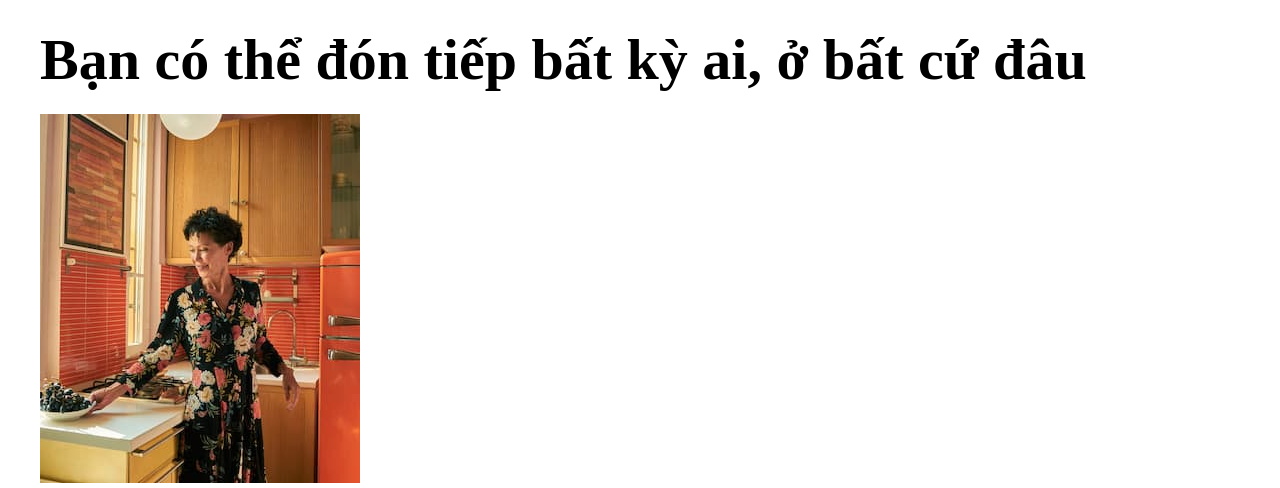
Repository: HoanTiny/AirbnbClone
Page: page3.html
An editor plug-in stored every save of this project. The page is shown before and after the next save, followed by the edit.
The browser window is 1280 px wide. The pictures show the part of the page from y = 720 to 1248 px (the page is 1208 px tall before and 1248 px after).

Above is the page before, as saved 2021-09-13 09:41:22.

### page3.html
<!DOCTYPE html>
<html lang="en">
    <head>
        <meta charset="UTF-8" />
        <meta http-equiv="X-UA-Compatible" content="IE=edge" />
        <meta name="viewport" content="width=device-width, initial-scale=1.0" />
        <link rel="stylesheet" href="./acess/css/mainpage3.css" />
        <link rel="stylesheet" href="./acess/css/gird.css" />
        <link rel="stylesheet" href="./acess/css/base.css" />
        <link rel="stylesheet" href="./acess/css/reponsive.css" />
        <link
            rel="stylesheet"
            href="./acess/font/fontawesome-free-5.15.3-web/css/all.min.css"
        />
        <title>Cho thuê nhà</title>
    </head>
    <body>
        <div class="app-p3">
            <div class="banner">
                <div class="banner__left">
                    <div class="banner__left-img">
                        <svg
                            width="30"
                            height="32"
                            fill="currentcolor"
                            color="#fff"
                            style="display: block"
                        >
                            <path
                                d="M29.24 22.68c-.16-.39-.31-.8-.47-1.15l-.74-1.67-.03-.03c-2.2-4.8-4.55-9.68-7.04-14.48l-.1-.2c-.25-.47-.5-.99-.76-1.47-.32-.57-.63-1.18-1.14-1.76a5.3 5.3 0 00-8.2 0c-.47.58-.82 1.19-1.14 1.76-.25.52-.5 1.03-.76 1.5l-.1.2c-2.45 4.8-4.84 9.68-7.04 14.48l-.06.06c-.22.52-.48 1.06-.73 1.64-.16.35-.32.73-.48 1.15a6.8 6.8 0 007.2 9.23 8.38 8.38 0 003.18-1.1c1.3-.73 2.55-1.79 3.95-3.32 1.4 1.53 2.68 2.59 3.95 3.33A8.38 8.38 0 0022.75 32a6.79 6.79 0 006.75-5.83 5.94 5.94 0 00-.26-3.5zm-14.36 1.66c-1.72-2.2-2.84-4.22-3.22-5.95a5.2 5.2 0 01-.1-1.96c.07-.51.26-.96.52-1.34.6-.87 1.65-1.41 2.8-1.41a3.3 3.3 0 012.8 1.4c.26.4.45.84.51 1.35.1.58.06 1.25-.1 1.96-.38 1.7-1.5 3.74-3.21 5.95zm12.74 1.48a4.76 4.76 0 01-2.9 3.75c-.76.32-1.6.41-2.42.32-.8-.1-1.6-.36-2.42-.84a15.64 15.64 0 01-3.63-3.1c2.1-2.6 3.37-4.97 3.85-7.08.23-1 .26-1.9.16-2.73a5.53 5.53 0 00-.86-2.2 5.36 5.36 0 00-4.49-2.28c-1.85 0-3.5.86-4.5 2.27a5.18 5.18 0 00-.85 2.21c-.13.84-.1 1.77.16 2.73.48 2.11 1.78 4.51 3.85 7.1a14.33 14.33 0 01-3.63 3.12c-.83.48-1.62.73-2.42.83a4.76 4.76 0 01-5.32-4.07c-.1-.8-.03-1.6.29-2.5.1-.32.25-.64.41-1.02.22-.52.48-1.06.73-1.6l.04-.07c2.16-4.77 4.52-9.64 6.97-14.41l.1-.2c.25-.48.5-.99.76-1.47.26-.51.54-1 .9-1.4a3.32 3.32 0 015.09 0c.35.4.64.89.9 1.4.25.48.5 1 .76 1.47l.1.2c2.44 4.77 4.8 9.64 7 14.41l.03.03c.26.52.48 1.1.73 1.6.16.39.32.7.42 1.03.19.9.29 1.7.19 2.5z"
                            ></path>
                        </svg>
                    </div>
                    <div class="banner__left-conttent">
                        <h1 class="banner__left-heading">
                            Đón tiếp khách làm nên linh hồn của Airbnb
                        </h1>
                        <button class="banner__left-btn">
                            Thử đón tiếp khách
                        </button>
                    </div>
                    <i class="fas fa-chevron-down banner__left-icon"></i>
                </div>
                <div class="banner-right">
                    <video
                        id="video"
                        src="./acess/img/Cho thuê nhà trên Airbnb.webm"
                        class="banner__right-video"
                        autoplay
                        crossorigin="anonymous"
                        playsinline
                        preload="auto"
                        aria-label="Chelsea, Chủ nhà ở Philadelphia, mỉm cười khi mở cửa. Soraya, Chủ nhà ở Mumbai, mỉm cười khi mở cửa trước cùng một người khác ở bên cạnh. Mohamed, Chủ nhà ở Johannesburg, mỉm cười khi mở cửa. Maria, Chủ nhà ở Mexico City, gật đầu mỉm cười khi mang cây đi."
                    ></video>
                </div>
            </div>
            <div class="content">
                <div class="content__heading">
                    <div class="grid wide">
                        <h2 class="content__heading-top">
                            Bạn có thể đón tiếp bất kỳ ai, ở bất cứ đâu
                        </h2>
                    </div>
                    <div class="grid wide">
                        <div class="row content__home">
                            <div class="col l-4">
                                <img src="./acess/img/home-p3.jpg" class="img content__home-img"></img>
                            </div>
                        </div>
                    </div>
                </div>
            </div>
        </div>
        <script>
            var videoPlayer = document.getElementById("video");
            // Auto play, half volume.
            videoPlayer.play();
            videoPlayer.volume = 0.5;

            // Play / pause.
            videoPlayer.addEventListener("click", function () {
                if (videoPlayer.paused == false) {
                    videoPlayer.pause();
                    videoPlayer.firstChild.nodeValue = "Play";
                } else {
                    videoPlayer.play();
                    videoPlayer.firstChild.nodeValue = "Pause";
                }
            });
        </script>
    </body>
</html>

### acess/css/mainpage3.css
body {
    margin: 0;
}

.banner {
    height: 100vh;
    display: flex;
    justify-content: center;
}
.banner__left {
    width: 50%;
    background-color: #000;
    position: relative;
}
.banner__left-img {
    padding: 24px;
}
.banner__left-conttent {
    display: flex;
    flex-direction: column;
    align-items: center;
    justify-content: center;
    position: absolute;
    top: 50%;
    left: 50%;
    transform: translate(-50%, -50%);
    width: fit-content;
}
.banner__left-heading {
    color: #fff;
    text-align: center;
    font-size: 6.8rem;
    line-height: 7rem;
    padding: 12px 24px;
    font-weight: 500;
}
.banner__left-btn {
    padding: 18px 32px;
    font-size: 1.8rem;
    border-radius: 12px;
    background-image: linear-gradient(
        to right,
        rgb(229, 29, 80),
        rgb(220, 14, 100)
    );
    color: var(--white-color);
    border: none;
    cursor: pointer;
}

.banner__left-icon {
    color: var(--white-color);
    position: absolute;
    bottom: 32px;
    font-size: 1.5rem;
    left: 50%;
    padding: 12px;
    margin-left: -12px;
    border-radius: 50%;
    cursor: pointer;
}

.banner__left-icon:hover {
    background-color: #999;
}

.banner-right {
    width: 50%;
}

.banner__right-video {
    object-fit: cover;
    object-position: center top;
    width: 100%;
    height: 100%;
}

.content__heading-top {
    margin-top: 48px;
    font-size: 5.8rem;
}

### acess/css/gird.css
.grid {
    width: 100%;
    display: block;
    padding: 0;
}

.grid.wide {
    max-width: 1200px;
    margin: 0 auto;
}

.row {
    display: flex;
    flex-wrap: wrap;
    margin-left: -8px;
    margin-right: -8px;
}

.row.no-gutters {
    margin-left: 0;
    margin-right: 0;
}

.col {
    padding-left: 12px;
    padding-right: 12px;
}

.row.no-gutters .col {
    padding-left: 0;
    padding-right: 0;
}

.c-0 {
    display: none;
}

.c-1 {
    flex: 0 0 8.33333%;
    max-width: 8.33333%;
}

.c-2 {
    flex: 0 0 16.66667%;
    max-width: 16.66667%;
}

.c-3 {
    flex: 0 0 25%;
    max-width: 25%;
}

.c-4 {
    flex: 0 0 33.33333%;
    max-width: 33.33333%;
}

.c-5 {
    flex: 0 0 41.66667%;
    max-width: 41.66667%;
}

.c-6 {
    flex: 0 0 50%;
    max-width: 50%;
}

.c-7 {
    flex: 0 0 58.33333%;
    max-width: 58.33333%;
}

.c-8 {
    flex: 0 0 66.66667%;
    max-width: 66.66667%;
}

.c-9 {
    flex: 0 0 75%;
    max-width: 75%;
}

.c-10 {
    flex: 0 0 83.33333%;
    max-width: 83.33333%;
}

.c-11 {
    flex: 0 0 91.66667%;
    max-width: 91.66667%;
}

.c-12 {
    flex: 0 0 100%;
    max-width: 100%;
}

.c-o-1 {
    margin-left: 8.33333%;
}

.c-o-2 {
    margin-left: 16.66667%;
}

.c-o-3 {
    margin-left: 25%;
}

.c-o-4 {
    margin-left: 33.33333%;
}

.c-o-5 {
    margin-left: 41.66667%;
}

.c-o-6 {
    margin-left: 50%;
}

.c-o-7 {
    margin-left: 58.33333%;
}

.c-o-8 {
    margin-left: 66.66667%;
}

.c-o-9 {
    margin-left: 75%;
}

.c-o-10 {
    margin-left: 83.33333%;
}

.c-o-11 {
    margin-left: 91.66667%;
}

/* >= Tablet */
@media (min-width: 740px) {
    .row {
        margin-left: -4px;
        margin-right: -4px;
    }

    .col {
        padding-left: 4px;
        padding-right: 4px;
    }

    .m-0 {
        display: none;
    }

    .m-1,
    .m-2,
    .m-3,
    .m-4,
    .m-5,
    .m-6,
    .m-7,
    .m-8,
    .m-9,
    .m-10,
    .m-11,
    .m-12 {
        display: block;
    }

    .m-1 {
        flex: 0 0 8.33333%;
        max-width: 8.33333%;
    }

    .m-2 {
        flex: 0 0 16.66667%;
        max-width: 16.66667%;
    }

    .m-3 {
        flex: 0 0 25%;
        max-width: 25%;
    }

    .m-4 {
        flex: 0 0 33.33333%;
        max-width: 33.33333%;
    }

    .m-5 {
        flex: 0 0 41.66667%;
        max-width: 41.66667%;
    }

    .m-6 {
        flex: 0 0 50%;
        max-width: 50%;
    }

    .m-7 {
        flex: 0 0 58.33333%;
        max-width: 58.33333%;
    }

    .m-8 {
        flex: 0 0 66.66667%;
        max-width: 66.66667%;
    }

    .m-9 {
        flex: 0 0 75%;
        max-width: 75%;
    }

    .m-10 {
        flex: 0 0 83.33333%;
        max-width: 83.33333%;
    }

    .m-11 {
        flex: 0 0 91.66667%;
        max-width: 91.66667%;
    }

    .m-12 {
        flex: 0 0 100%;
        max-width: 100%;
    }

    .m-o-1 {
        margin-left: 8.33333%;
    }

    .m-o-2 {
        margin-left: 16.66667%;
    }

    .m-o-3 {
        margin-left: 25%;
    }

    .m-o-4 {
        margin-left: 33.33333%;
    }

    .m-o-5 {
        margin-left: 41.66667%;
    }

    .m-o-6 {
        margin-left: 50%;
    }

    .m-o-7 {
        margin-left: 58.33333%;
    }

    .m-o-8 {
        margin-left: 66.66667%;
    }

    .m-o-9 {
        margin-left: 75%;
    }

    .m-o-10 {
        margin-left: 83.33333%;
    }

    .m-o-11 {
        margin-left: 91.66667%;
    }
}

/* PC medium resolution > */
@media (min-width: 1113px) {
    .row {
        margin-left: -12px;
        margin-right: -12px;
    }

    .row.sm-gutter {
        margin-left: -5px;
        margin-right: -5px;
    }

    .col {
        padding-left: 12px;
        padding-right: 12px;
    }

    .row.sm-gutter .col {
        padding-left: 5px;
        padding-right: 5px;
    }

    .l-0 {
        display: none;
    }

    .l-1,
    .l-2,
    .l-2-4,
    .l-3,
    .l-4,
    .l-5,
    .l-6,
    .l-7,
    .l-8,
    .l-9,
    .l-10,
    .l-11,
    .l-12 {
        display: block;
    }

    .l-1 {
        flex: 0 0 8.33333%;
        max-width: 8.33333%;
    }

    .l-2 {
        flex: 0 0 16.66667%;
        max-width: 16.66667%;
    }

    .l-2-4 {
        flex: 0 0 20%;
        max-width: 20%;
    }

    .l-3 {
        flex: 0 0 25%;
        max-width: 25%;
    }

    .l-4 {
        flex: 0 0 33.33333%;
        max-width: 33.33333%;
    }

    .l-5 {
        flex: 0 0 41.66667%;
        max-width: 41.66667%;
    }

    .l-6 {
        flex: 0 0 50%;
        max-width: 50%;
    }

    .l-7 {
        flex: 0 0 58.33333%;
        max-width: 58.33333%;
    }

    .l-8 {
        flex: 0 0 66.66667%;
        max-width: 66.66667%;
    }

    .l-9 {
        flex: 0 0 75%;
        max-width: 75%;
    }

    .l-10 {
        flex: 0 0 83.33333%;
        max-width: 83.33333%;
    }

    .l-11 {
        flex: 0 0 91.66667%;
        max-width: 91.66667%;
    }

    .l-12 {
        flex: 0 0 100%;
        max-width: 100%;
    }

    .l-o-1 {
        margin-left: 8.33333%;
    }

    .l-o-2 {
        margin-left: 16.66667%;
    }

    .l-o-3 {
        margin-left: 25%;
    }

    .l-o-4 {
        margin-left: 33.33333%;
    }

    .l-o-5 {
        margin-left: 41.66667%;
    }

    .l-o-6 {
        margin-left: 50%;
    }

    .l-o-7 {
        margin-left: 58.33333%;
    }

    .l-o-8 {
        margin-left: 66.66667%;
    }

    .l-o-9 {
        margin-left: 75%;
    }

    .l-o-10 {
        margin-left: 83.33333%;
    }

    .l-o-11 {
        margin-left: 91.66667%;
    }
}

/* Tablet - PC low resolution */
@media (min-width: 740px) and (max-width: 1023px) {
    .wide {
        width: 644px;
    }
}

/* > PC low resolution */
@media (min-width: 1024px) and (max-width: 1239px) {
    .wide {
        width: 984px;
    }

    .wide .row {
        margin-left: -12px;
        margin-right: -12px;
    }

    .wide .row.sm-gutter {
        margin-left: -5px;
        margin-right: -5px;
    }

    .wide .col {
        padding-left: 12px;
        padding-right: 12px;
    }

    .wide .row.sm-gutter .col {
        padding-left: 5px;
        padding-right: 5px;
    }

    .wide .l-0 {
        display: none;
    }

    .wide .l-1,
    .wide .l-2,
    .wide .l-2-4,
    .wide .l-3,
    .wide .l-4,
    .wide .l-5,
    .wide .l-6,
    .wide .l-7,
    .wide .l-8,
    .wide .l-9,
    .wide .l-10,
    .wide .l-11,
    .wide .l-12 {
        display: block;
    }

    .wide .l-1 {
        flex: 0 0 8.33333%;
        max-width: 8.33333%;
    }

    .wide .l-2 {
        flex: 0 0 16.66667%;
        max-width: 16.66667%;
    }

    .wide .l-2-4 {
        flex: 0 0 20%;
        max-width: 20%;
    }

    .wide .l-3 {
        flex: 0 0 25%;
        max-width: 25%;
    }

    .wide .l-4 {
        flex: 0 0 33.33333%;
        max-width: 33.33333%;
    }

    .wide .l-5 {
        flex: 0 0 41.66667%;
        max-width: 41.66667%;
    }

    .wide .l-6 {
        flex: 0 0 50%;
        max-width: 50%;
    }

    .wide .l-7 {
        flex: 0 0 58.33333%;
        max-width: 58.33333%;
    }

    .wide .l-8 {
        flex: 0 0 66.66667%;
        max-width: 66.66667%;
    }

    .wide .l-9 {
        flex: 0 0 75%;
        max-width: 75%;
    }

    .wide .l-10 {
        flex: 0 0 83.33333%;
        max-width: 83.33333%;
    }

    .wide .l-11 {
        flex: 0 0 91.66667%;
        max-width: 91.66667%;
    }

    .wide .l-12 {
        flex: 0 0 100%;
        max-width: 100%;
    }

    .wide .l-o-1 {
        margin-left: 8.33333%;
    }

    .wide .l-o-2 {
        margin-left: 16.66667%;
    }

    .wide .l-o-3 {
        margin-left: 25%;
    }

    .wide .l-o-4 {
        margin-left: 33.33333%;
    }

    .wide .l-o-5 {
        margin-left: 41.66667%;
    }

    .wide .l-o-6 {
        margin-left: 50%;
    }

    .wide .l-o-7 {
        margin-left: 58.33333%;
    }

    .wide .l-o-8 {
        margin-left: 66.66667%;
    }

    .wide .l-o-9 {
        margin-left: 75%;
    }

    .wide .l-o-10 {
        margin-left: 83.33333%;
    }

    .wide .l-o-11 {
        margin-left: 91.66667%;
    }
}

### acess/css/base.css
:root {
    --white-color:#fff;
    --black-color: #000;
    --text-color: #333;
}

* {
    box-sizing: inherit;
}

html {
    /* font-family: Circular, -apple-system, BlinkMacSystemFont, Roboto, "Helvetica Neue", sans-serif; */
    font-family: 'Font Awesome 5 Free';
    box-sizing: border-box;
    font-size: 62.5%;
    line-height: 1.8rem;
}

### acess/css/reponsive.css
@media (min-width: 723px) and (max-width: 1023px) {
    .hold-on-mobile-tablet {
        display: none;
    }
    .background {
        background-position: unset;
    }

    .header__nav-list-tablet {
        display: flex;
    }

    .search {
        margin: 0;
    }

    .search__item:first-of-type {
        padding-left: 32px;
    }

    .search__item {
        margin: 0;
        padding: 12px;
    }

    .home__product-tablet {
        height: 140px;
        overflow: hidden;
        display: -webkit-box;
        -webkit-line-clamp: 2;
    }

    .home__category-tablet {
        display: flex;
        max-width: 100%;
        overflow-x: auto;
        flex-wrap: nowrap;
    }

    .home__category-tablet::-webkit-scrollbar {
        display: none;
    }

    .home__category-item-tablet {
        width: 33.3333%;
        flex-shrink: 0;
    }

    .footer-end {
        flex-direction: column-reverse;
    }

    .footer__end-social-list{
        display: flex;
        justify-content: center;
    }

    .footer__end-copyright-list{
        flex-wrap: wrap;
        justify-content: center;
    }

    .footer__end-copyright__item:first-of-type {
        width: 100%;
        text-align: center;
        margin-bottom: 4px;
    }

    .header__nav-scrollba-btn {
        margin-left: auto;
    }

}

@media (max-width: 723px)
{
    .hold-on-mobile {
        display: none;
    }

    .search {
        display: none;
    }
    .header__nav {
        display: none;
    }

    .header__mobile{
        display: flex;
    }

    .footer {
        text-align: center;
    }

    .home__category-tablet {
        display: flex;
        max-width: 100%;
        overflow-x: auto;
        flex-wrap: nowrap;
    }

    .home__category-tablet::-webkit-scrollbar {
        display: none;
    }

    .home__category-item-tablet {
        width: 33.3333%;
        flex-shrink: 0;
    }

    #header__nav-scrollbar {
        display: none;
    }

    .header__mobile {
        position: fixed;
        top: 0px;
        left: 0;
        right: 0;
        z-index: 12;
        align-items: center;
    }

    .header__mobile-btn {
        border: none;
        background-color: rgb(247, 247, 247);
        box-shadow: none;
        top: 20;
    }

    .web__content-heading {
        font-size: 2.2rem;
        line-height: 2.6rem;
    }

    .home__category-next {
        display: none;
    }

    .home__category-return--active {
        display: none;
    }

    .home__experience-mobile {
        display: flex;
        max-width: 100%;
        overflow-x: auto;
        flex-wrap: nowrap;
    }

    .home__experience-mobile::-webkit-scrollbar {
        display: none;
    }

    .home__experience-mobile-item {
        width: 75%;
        flex-shrink: 0;
    }

    path {
        display: none;
    }
    .search-where {
        display: block;
        position: revert;
    }

    .search-where-icon {
        display: none;
    }

    /* Page 2 */

    .home-place__item-img {
        height: 345px;
    }

    .menu-list__item {
        border: none;
    }

    .header-page2 {
        border-bottom: none;
    }

    .header__mobile-page2 {
        display: block;
    }

    .home-place {
        margin-top: 115px;
    }

}

Loaded but not shown: acess/font/fontawesome-free-5.15.3-web/css/all.min.css (library)

After the next save:
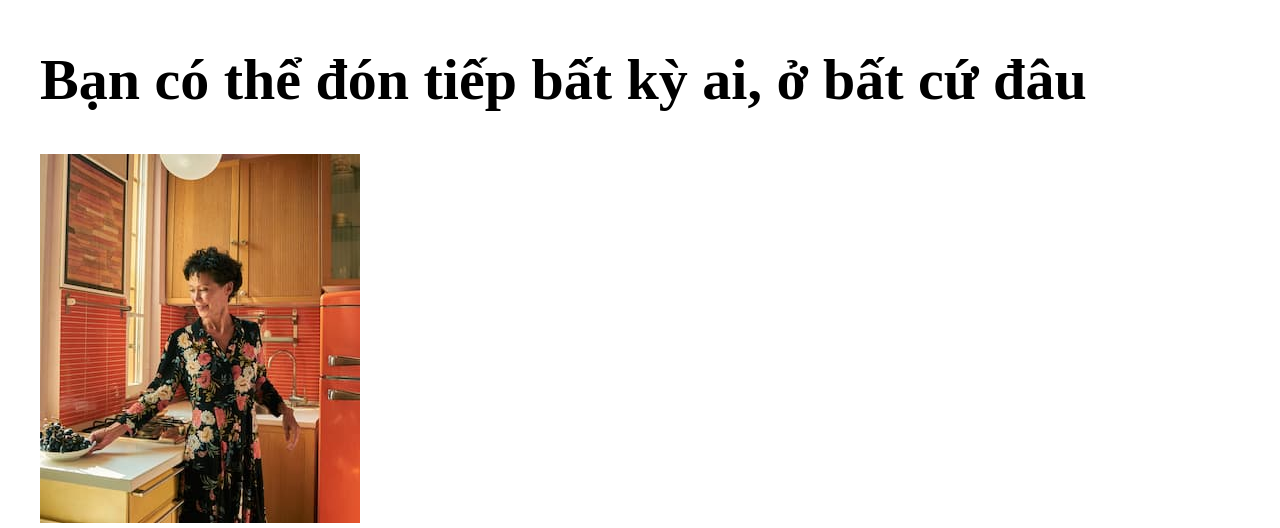
Saved 9 s later.
--- a/acess/css/mainpage3.css
+++ b/acess/css/mainpage3.css
@@ -78,4 +78,5 @@ body {
 .content__heading-top {
     margin-top: 48px;
     font-size: 5.8rem;
+    line-height: 5.8rem;
 }
